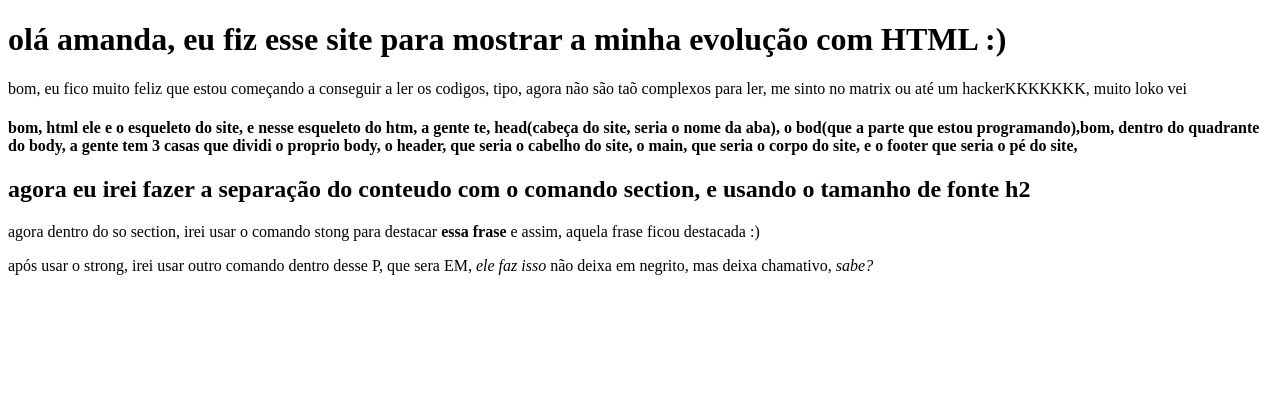
Repository: Jhones17/HTML-CURSO-V1
Page: index.html
These files come from the project's save history. The page is drawn as it stood at one moment and after the next save; the edit follows.
The browser window is 1280 px wide. The pictures show the whole page.

Above is the page before, as saved 2025-03-16 00:48:58.

After the next save:
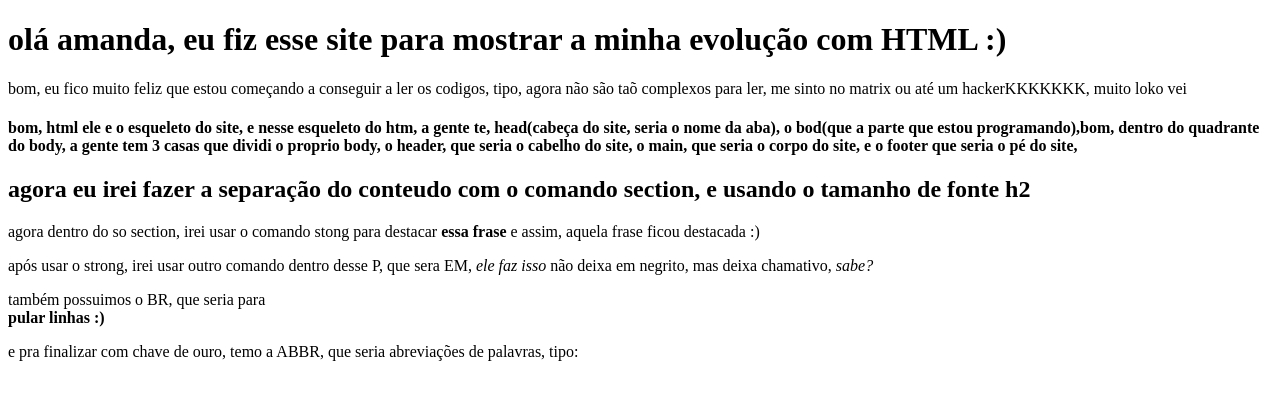
Saved 8 min 44 s later.
--- a/index.html
+++ b/index.html
@@ -21,7 +21,9 @@
 </h2>
 <p> agora dentro do so section, irei usar o comando stong para destacar <strong> essa frase </strong> e assim, aquela frase ficou destacada :) </p>
 <p> após usar o strong, irei usar outro comando dentro desse P, que sera EM, <em> ele faz isso</em> não deixa em negrito, mas deixa chamativo, <em> sabe?</em></p>
-
+<p> também possuimos o BR, que seria para <br>
+<strong> pular linhas :) </strong>  </p>
+<p> e pra finalizar com chave de ouro, temo a ABBR, que seria abreviações de palavras, tipo: <br>  </p>
 
 
 </section>
